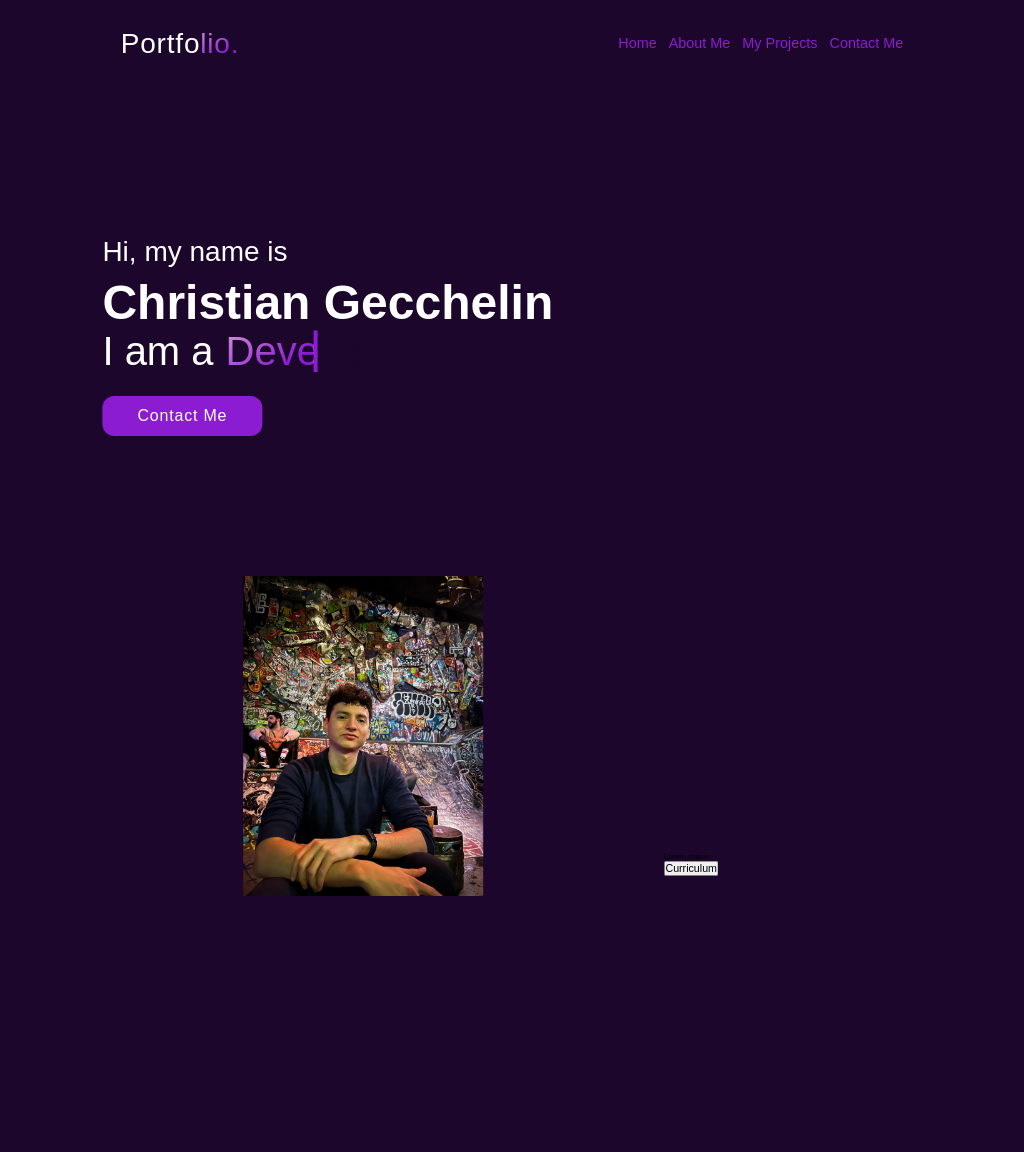
Repository: ChristianGecchelin/portfolio-web
Page: /
An editor plug-in stored every save of this project. The page is shown before and after the next save, followed by the edit.
The browser window is 1280 px wide. The pictures show the whole page, at 80% of full size.
The project was rebuilt for these pictures with package versions that can differ from the ones it lists, and the page was loaded fresh each time.

Above is the page before, as saved 2022-01-20 23:16:27.

After the next save:
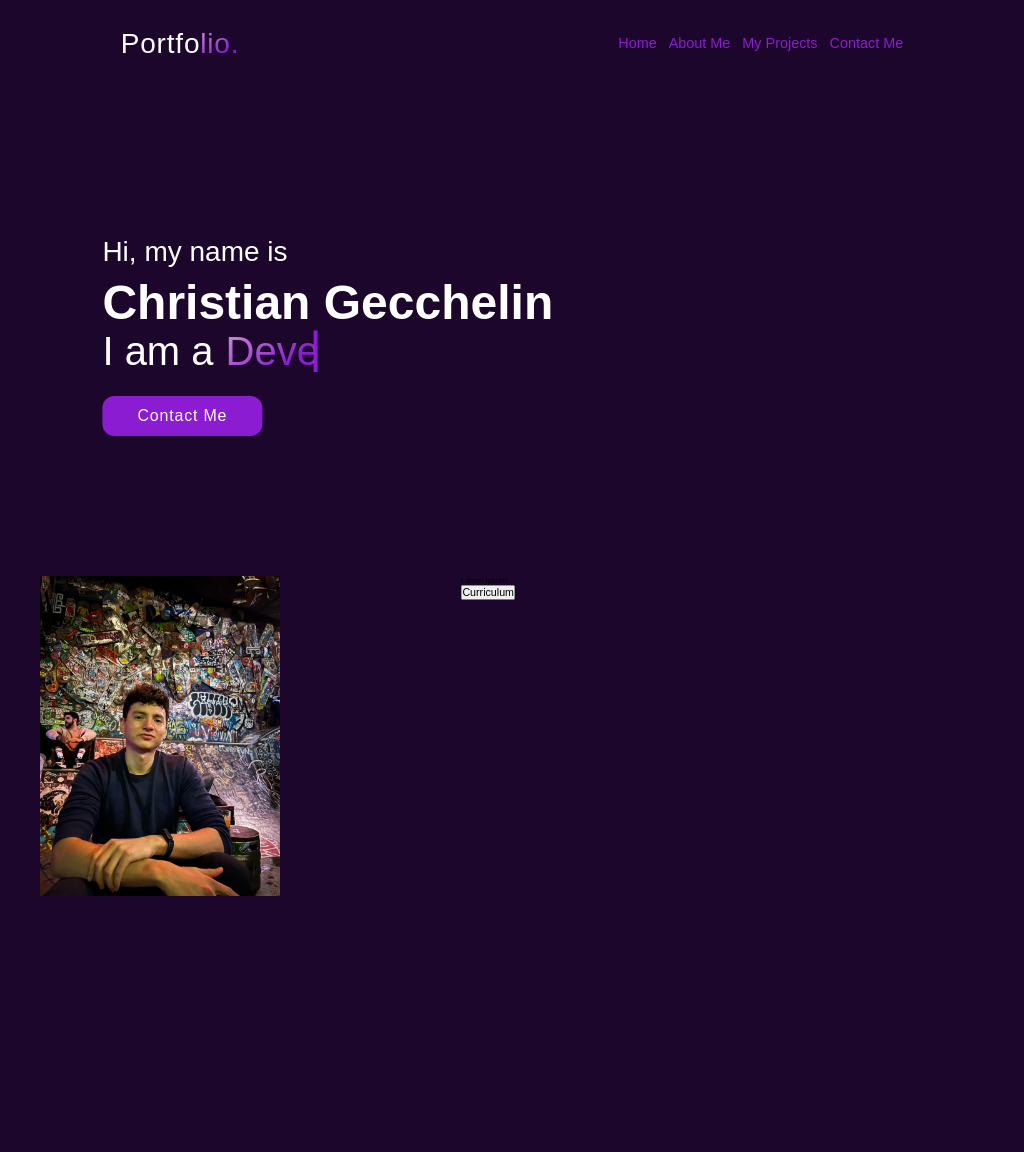
Saved 39 s later.
--- a/src/AboutMe/AboutMe.css
+++ b/src/AboutMe/AboutMe.css
@@ -16,3 +16,7 @@
   width: 400px;
   height: 400px;
 }
+.AboutMe-container .information-container {
+  width: 50%;
+  height: 100vh;
+}
